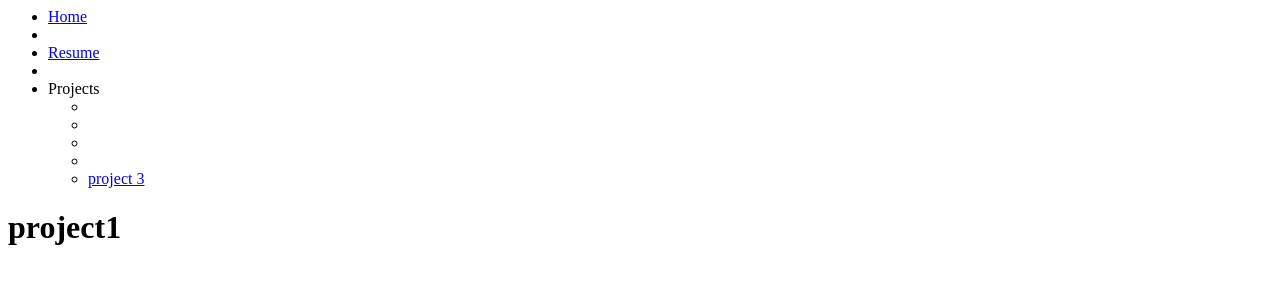
Repository: Dez2020/Dez2020.github.io
Page: project1.html
The author's editor kept a record of every edit. The page is drawn from the files as they stood at one moment, then again after the next edit.
The browser window is 1280 px wide. The pictures show the whole page.

Above is the page before.

After the next edit:
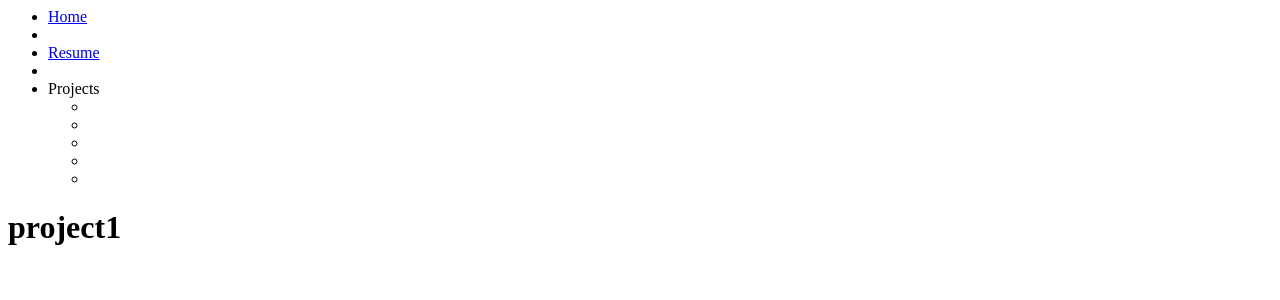
The edit:
--- a/project1.html
+++ b/project1.html
@@ -13,7 +13,7 @@
 
                   <li><a href="project1.html"</a><li>
                   <li><a href="project2.html"></a></a><li>
-                  <li><a href="#">project 3</a></li>
+                  <li><a href="project3.html"></a></a></li>
 
 
                </ul>
